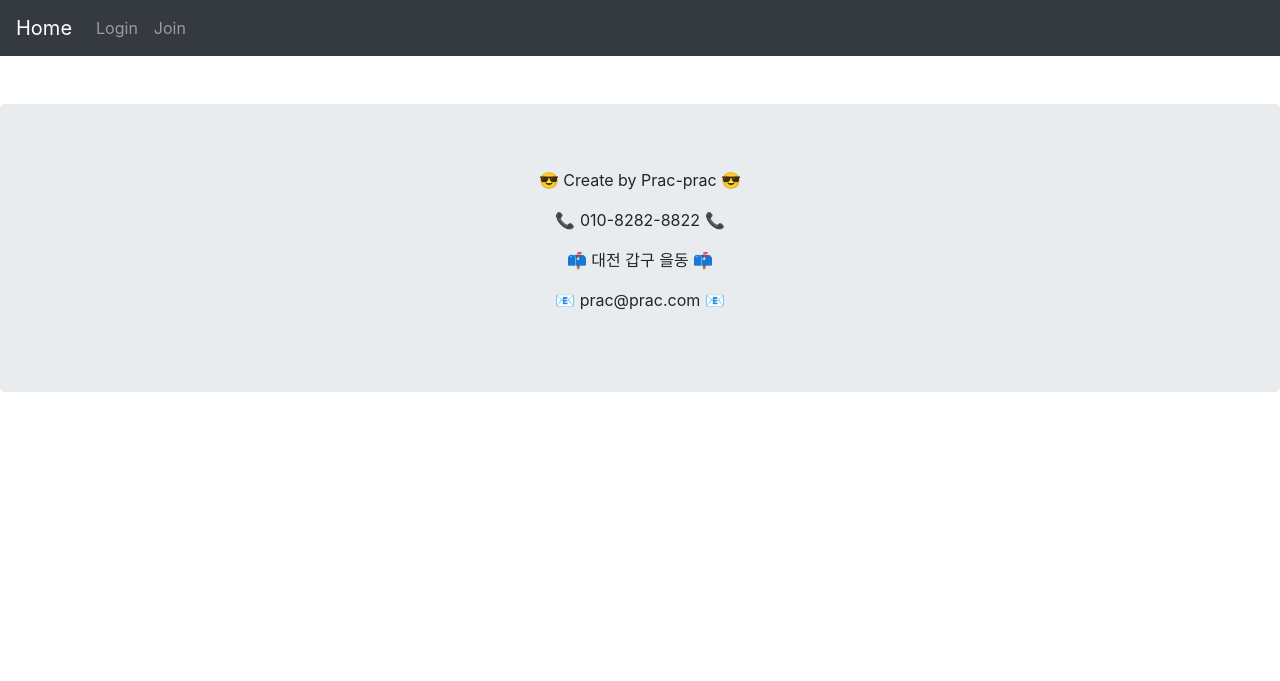
Repository: Prac-prac/Springboot-JPA-blog
Page: http://localhost/blog/WEB-INF/views/user/joinForm.jsp
The author's editor kept a copy of each file at every save. The page is drawn from the files as they stood at one save, then again after the next save.
The browser window is 1280 px wide. The pictures show the whole page.
The page is served by Tomcat 9. Nobody is signed in. Other server files are loaded and not shown. The template is opened directly, without the code that normally fills it, so the values that code supplies are empty.

Above is the page before, as saved 2021-08-21 15:02:09.

### blog/src/main/webapp/WEB-INF/views/user/joinForm.jsp
<%@ page language="java" contentType="text/html; charset=utf-8" pageEncoding="utf-8"%>

<%@ include file="../layout/header.jsp" %>

	<div class="container">



	</div>



<%@ include file="../layout/footer.jsp" %>

### blog/src/main/webapp/WEB-INF/views/layout/header.jsp
<%@ page language="java" contentType="text/html; charset=utf-8" pageEncoding="utf-8"%>
<!DOCTYPE html>
<html lang="en">
<head>
<title>엔써 블로그</title>
<meta charset="utf-8">
<meta name="viewport" content="width=device-width, initial-scale=1">
<link rel="stylesheet" href="https://maxcdn.bootstrapcdn.com/bootstrap/4.5.2/css/bootstrap.min.css">
</head>
<body>

	<nav class="navbar navbar-expand-md bg-dark navbar-dark">
		<a class="navbar-brand" href="/blog">Home</a>
		<button class="navbar-toggler" type="button" data-toggle="collapse" data-target="#collapsibleNavbar">
			<span class="navbar-toggler-icon"></span>
		</button>
		<div class="collapse navbar-collapse" id="collapsibleNavbar">
			<ul class="navbar-nav">
				<li class="nav-item"><a class="nav-link" href="/user/loginForm">Login</a></li>
				<li class="nav-item"><a class="nav-link" href="/user/joinForm">Join</a></li>
			</ul>
		</div>
	</nav>
	<br />

### blog/src/main/webapp/WEB-INF/views/layout/footer.jsp
<%@ page language="java" contentType="text/html; charset=utf-8" pageEncoding="utf-8"%>

<br />
<div class="jumbotron text-center" style="margin-bottom: 0">
	<p>😎&nbsp;Create by Prac-prac&nbsp;😎</p>
	<p>📞&nbsp;010-8282-8822&nbsp;📞</p>
	<p>📫&nbsp;대전 갑구 을동&nbsp;📫</p>
	<p>📧&nbsp;prac@prac.com&nbsp;📧</p>
</div>

<script src="https://ajax.googleapis.com/ajax/libs/jquery/3.5.1/jquery.min.js"></script>
<script src="https://cdnjs.cloudflare.com/ajax/libs/popper.js/1.16.0/umd/popper.min.js"></script>
<script src="https://maxcdn.bootstrapcdn.com/bootstrap/4.5.2/js/bootstrap.min.js"></script>

</body>
</html>

After the next save:
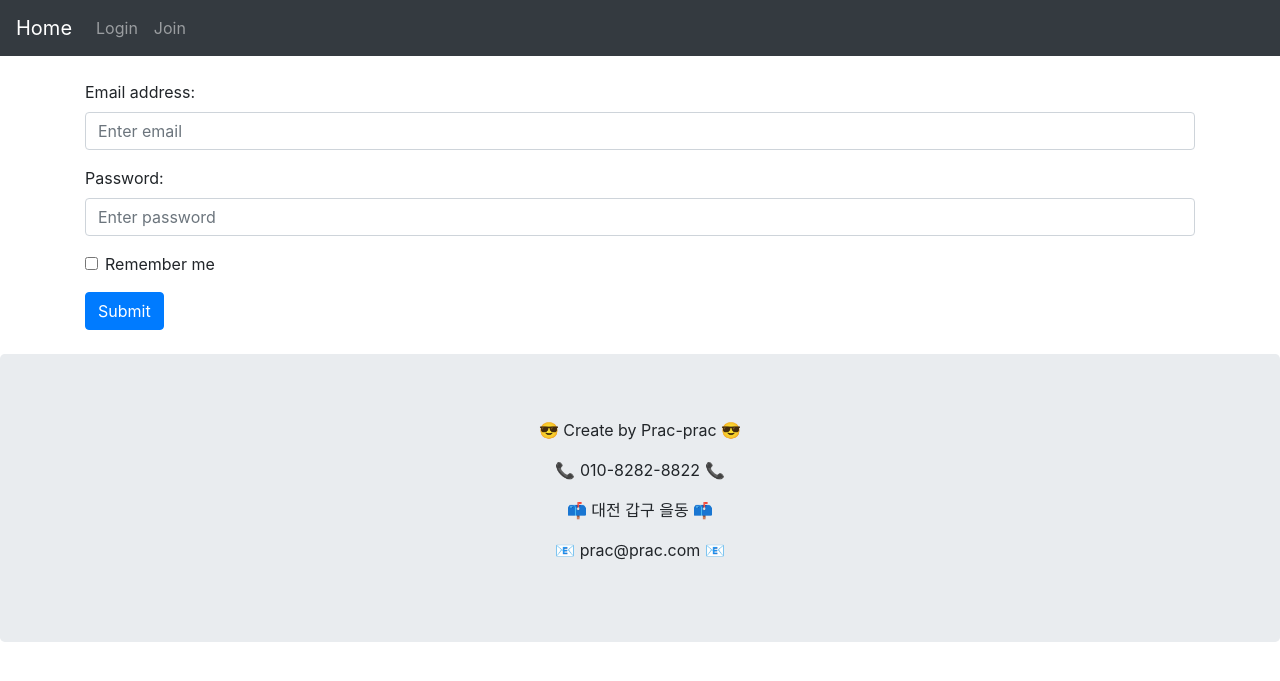
Saved 89 s later.
--- a/blog/src/main/webapp/WEB-INF/views/user/joinForm.jsp
+++ b/blog/src/main/webapp/WEB-INF/views/user/joinForm.jsp
@@ -1,13 +1,25 @@
 <%@ page language="java" contentType="text/html; charset=utf-8" pageEncoding="utf-8"%>
 
-<%@ include file="../layout/header.jsp" %>
+<%@ include file="../layout/header.jsp"%>
 
-	<div class="container">
+<div class="container">
+	<form action="/action_page.php">
+		<div class="form-group">
+			<label for="email">Email address:</label> <input type="email" class="form-control" placeholder="Enter email" id="email">
+		</div>
+		<div class="form-group">
+			<label for="pwd">Password:</label> <input type="password" class="form-control" placeholder="Enter password" id="pwd">
+		</div>
+		<div class="form-group form-check">
+			<label class="form-check-label"> <input class="form-check-input" type="checkbox"> Remember me
+			</label>
+		</div>
+		<button type="submit" class="btn btn-primary">Submit</button>
+	</form>
+
+
+</div>
 
 
 
-	</div>
-
-
-
-<%@ include file="../layout/footer.jsp" %>
+<%@ include file="../layout/footer.jsp"%>
